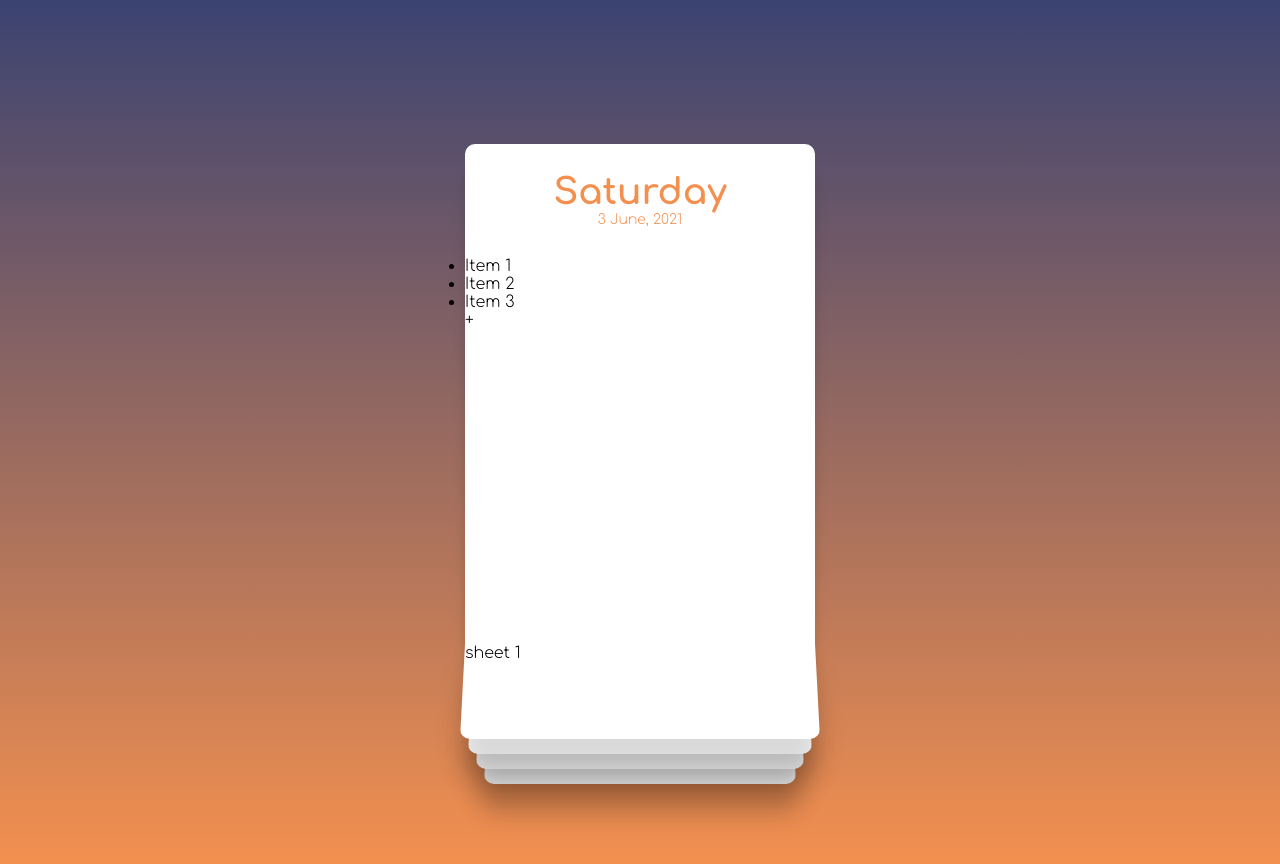
Repository: Colo-Codes/mini-projects
Page: todo-app/index.html
The author's editor kept a copy of each file at every save. The page is drawn from the files as they stood at one save, then again after the next save.
The browser window is 1280 px wide. The pictures show the whole page.

Above is the page before, as saved 2021-07-04 11:56:06.

### todo-app/index.html
<!DOCTYPE html>
<html lang="en">
    <head>
        <meta charset="UTF-8" />
        <meta http-equiv="X-UA-Compatible" content="IE=edge" />
        <meta name="viewport" content="width=device-width, initial-scale=1.0" />
        <link rel="stylesheet" href="./css/index.css" />
        <title>Mini-Project - ToDo app</title>
    </head>
    <body>
        <div class="changing-background">
            <main class="todo">
                <section id="todo--header">
                    <header>Saturday</header>
                    <p>3 June, 2021</p>
                </section>
                <section id="todo--tasks-list">
                    <ul>
                        <li class="todo--tasks-list--item">Item 1</li>
                        <li class="todo--tasks-list--item">Item 2</li>
                        <li class="todo--tasks-list--item">Item 3</li>
                    </ul>
                </section>
                <section id="todo--footer">
                    <p>+</p>
                </section>
            </main>
            <div id="sheet-1-3d">sheet 1</div>
            <div id="sheet-2-3d">sheet 2</div>
            <div id="sheet-3-3d">sheet 3</div>
            <div id="sheet-4-3d">sheet 4</div>
        </div>
    </body>
</html>

### todo-app/css/index.css
@import url('https://fonts.googleapis.com/css2?family=Comfortaa:wght@300;700&display=swap');

/* SECTION Initial reset */

html {
    box-sizing: border-box;
    font-size: 16px;
}

*,
*:before,
*:after {
    box-sizing: inherit;
    margin: 0;
    padding: 0;
    /*outline: 1px dashed blue; /* Debugging purposes */
}

/* SECTION Background */

body {
    font-family: 'Comfortaa', cursive;
    background: #f3904f; /* fallback for old browsers */
    background: -webkit-linear-gradient(
        to bottom,
        #3b4371,
        #f3904f
    ); /* Chrome 10-25, Safari 5.1-6 */
    background: linear-gradient(
        to bottom,
        #3b4371,
        #f3904f
    ); /* W3C, IE 10+/ Edge, Firefox 16+, Chrome 26+, Opera 12+, Safari 7+ */
    background-repeat: no-repeat;
    background-size: cover;
    height: 100vh;
}

/* SECTION ToDo container */

.todo {
    margin: auto;
    margin-top: 20vh;
    width: 350px;
    height: 500px;
    background-color: white;
    border-radius: 10px 10px 0 0;
    box-shadow: 0px 30px 12px rgba(0, 0, 0, 0.15);
}

/* ToDo shapes and shadows */

div [id^='sheet-'] {
    margin: auto;
    border-radius: 0 0 10px 10px;
    -webkit-filter: drop-shadow(0px 30px 12px rgba(0, 0, 0, 0.15));
    filter: drop-shadow(0px 30px 12px rgba(0, 0, 0, 0.15));
    -ms-filter: "progid:DXImageTransform.Microsoft.Dropshadow(OffX=0, OffY=30, Color='#444')";
    filter: "progid:DXImageTransform.Microsoft.Dropshadow(OffX=0, OffY=30, Color='#444')";
    /* trapezoidal shape */
    border-bottom: 95px solid white;
    border-left: 5px solid transparent;
    border-right: 5px solid transparent;
}
#sheet-1-3d {
    width: 360px;
    height: 95px;
    margin: auto;
    border-radius: 0 0 10px 10px;
    position: relative;
    z-index: 1;
}
#sheet-2-3d {
    width: 344px;
    height: 95px;
    margin: auto;
    margin-top: -80px;
    border-radius: 0 0 10px 10px;
    position: relative;
    z-index: -1;
}
#sheet-3-3d {
    width: 328px;
    height: 95px;
    margin: auto;
    margin-top: -80px;
    border-radius: 0 0 10px 10px;
    position: relative;
    z-index: -2;
}
#sheet-4-3d {
    width: 312px;
    height: 95px;
    margin: auto;
    margin-top: -80px;
    border-radius: 0 0 10px 10px;
    position: relative;
    z-index: -3;
}

/* SECTION ToDo header */

#todo--header header {
    padding-top: 1.75rem;
    font-size: 2.25rem;
    font-weight: 700;
    text-align: center;
    color: #f3904f;
}

#todo--header p {
    font-size: 0.875rem;
    text-align: center;
    color: #f3904f;
}

/* SECTION ToDo list of tasks */

#todo--tasks-list {
    margin-top: 1.875rem;
}

After the next save:
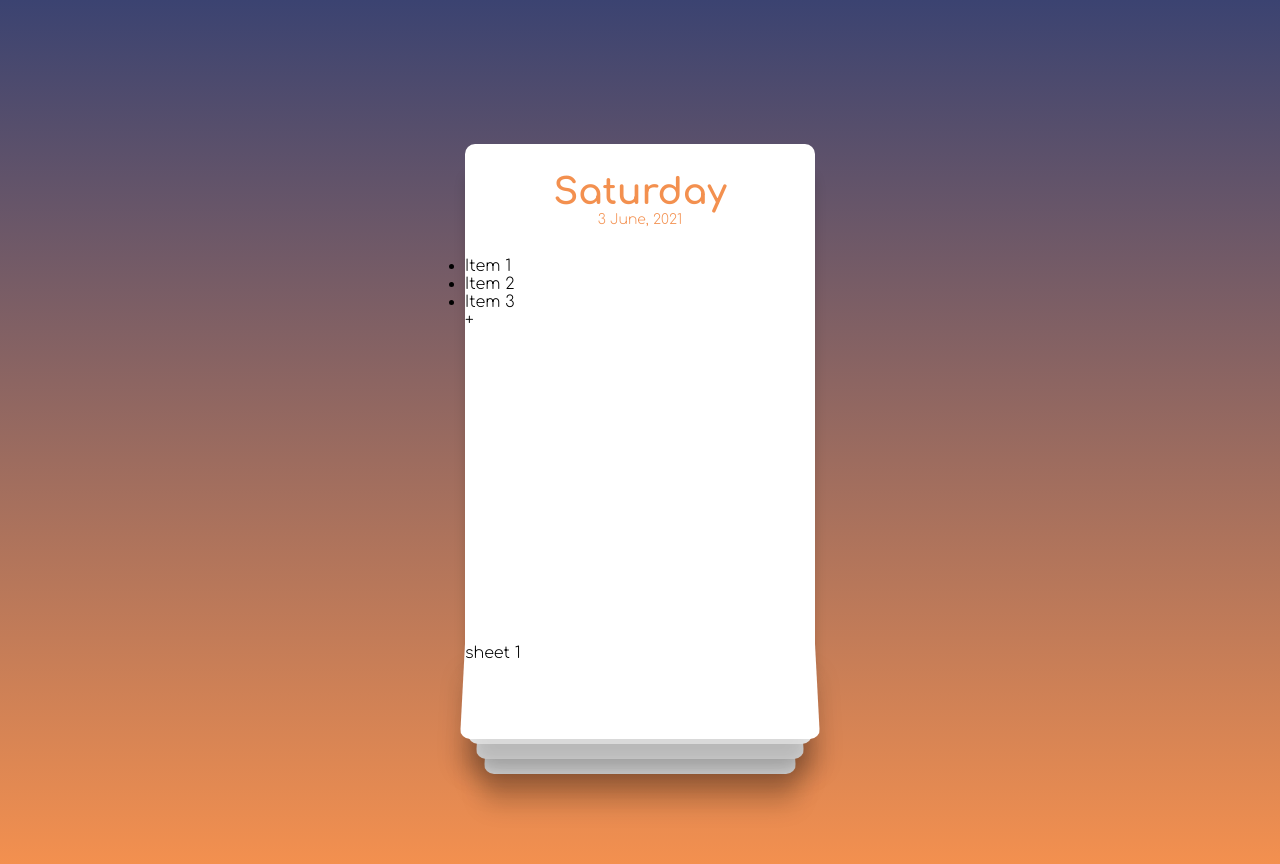
Saved 22 s later.
--- a/todo-app/css/index.css
+++ b/todo-app/css/index.css
@@ -74,7 +74,7 @@ div [id^='sheet-'] {
     width: 344px;
     height: 95px;
     margin: auto;
-    margin-top: -80px;
+    margin-top: -90px;
     border-radius: 0 0 10px 10px;
     position: relative;
     z-index: -1;
